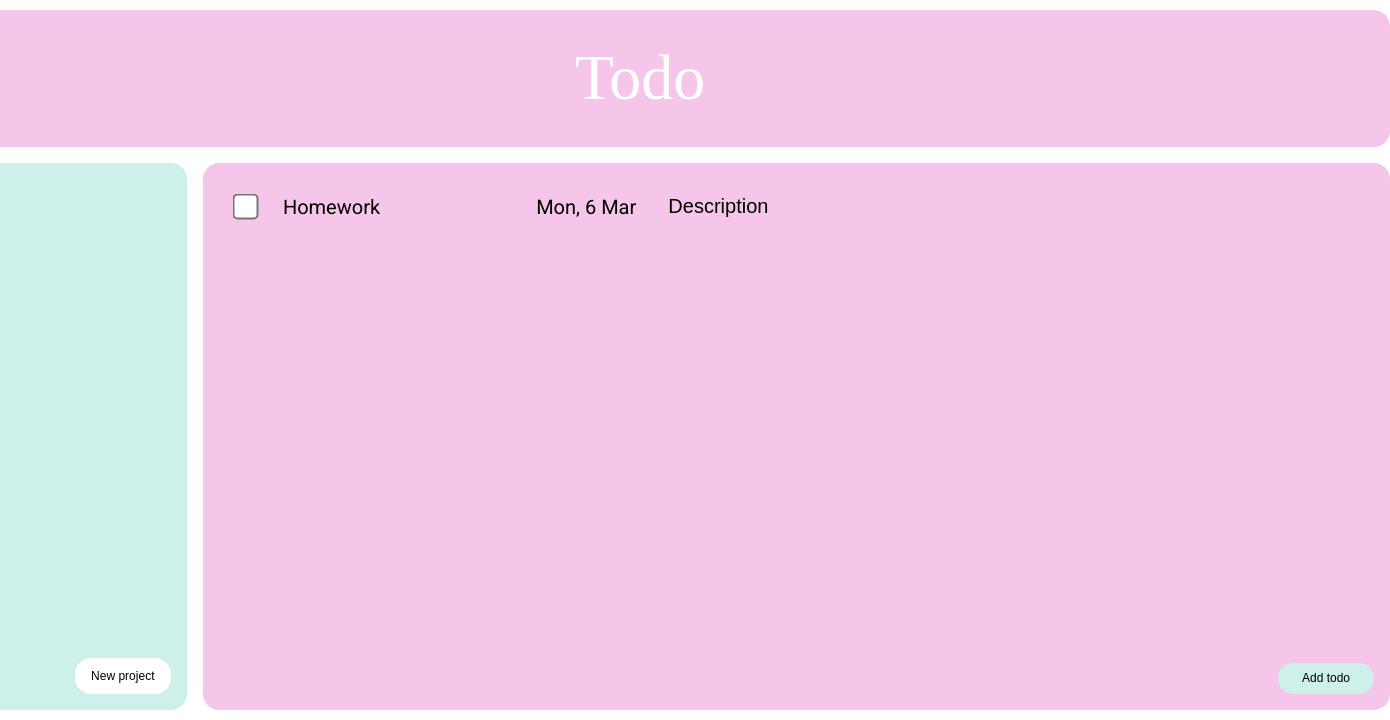
Repository: yeetzpxoci/todo-list
Page: dist/index.html
The author's editor kept a copy of each file at every save. The page is drawn from the files as they stood at one save, then again after the next save.
The browser window is 1280 px wide. The page is 1390 px wide, so the pictures cover 1390 px, including what lies to the right of the window. The pictures show the whole page.
Some web fonts or font styles are not loaded; a fallback is used.

Above is the page before, as saved 2023-03-07 17:20:26.
Console error: ReferenceError: projectNameSubmit is not defined

After the next save:
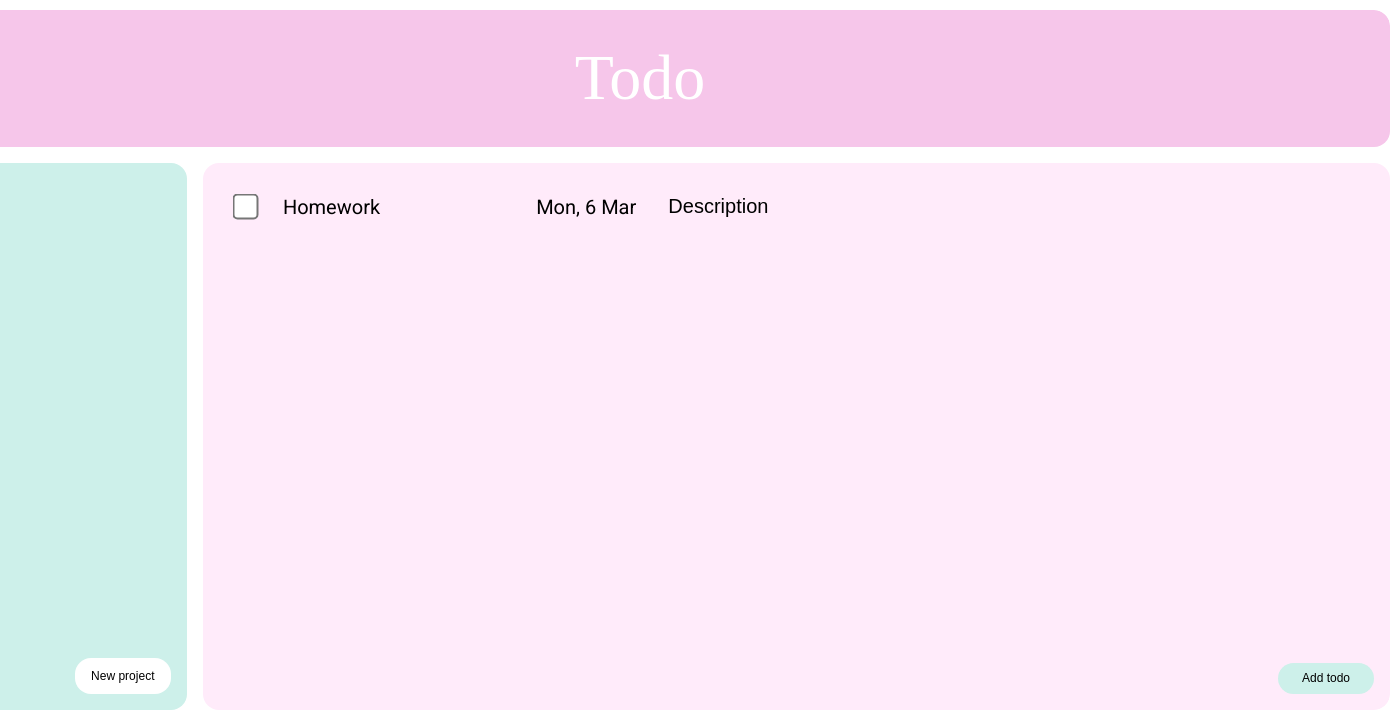
Saved 6 s later.
--- a/dist/styles.css
+++ b/dist/styles.css
@@ -106,7 +106,7 @@ p {
     display: flex;
     flex-direction: column;
     gap: 16px;
-    background-color: #F6C6EA;
+    background-color: #ffebfa;
     border-radius: 16px;
 }
 
